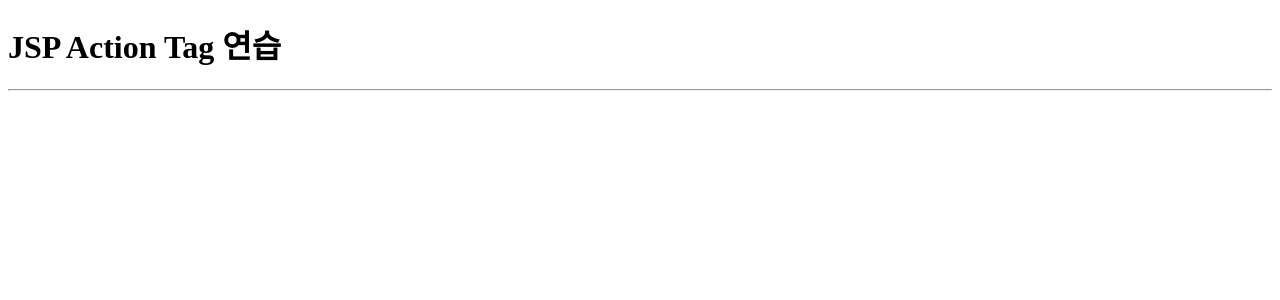
Repository: ajtwls1256/Web-workspace
Page: Day55-jspTag/WebContent/index.html
These files come from the project's save history. The page is drawn as it stood at one moment and after the next save; the edit follows.
The browser window is 1280 px wide. The pictures show the whole page.

Above is the page before, as saved 2019-10-14 00:50:31.

### Day55-jspTag/WebContent/index.html
<!DOCTYPE html>
<html>
<head>
<meta charset="UTF-8">
<title>Insert title here</title>
</head>
<body>
	<h1> JSP Action Tag 연습</h1>
	<hr>
</body>
</html>

After the next save:
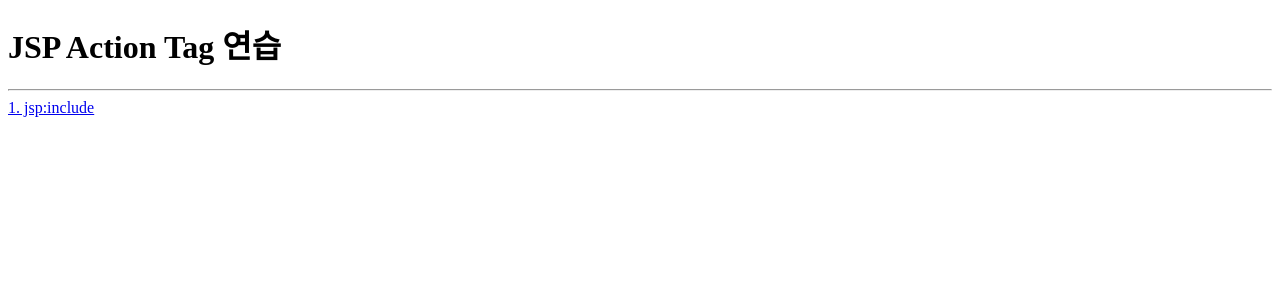
Saved 4 min 2 s later.
--- a/Day55-jspTag/WebContent/index.html
+++ b/Day55-jspTag/WebContent/index.html
@@ -7,5 +7,6 @@
 <body>
 	<h1> JSP Action Tag 연습</h1>
 	<hr>
+	<a href="/jsp/actionTag/jsp_include.jsp">1. jsp:include</a>
 </body>
 </html>
